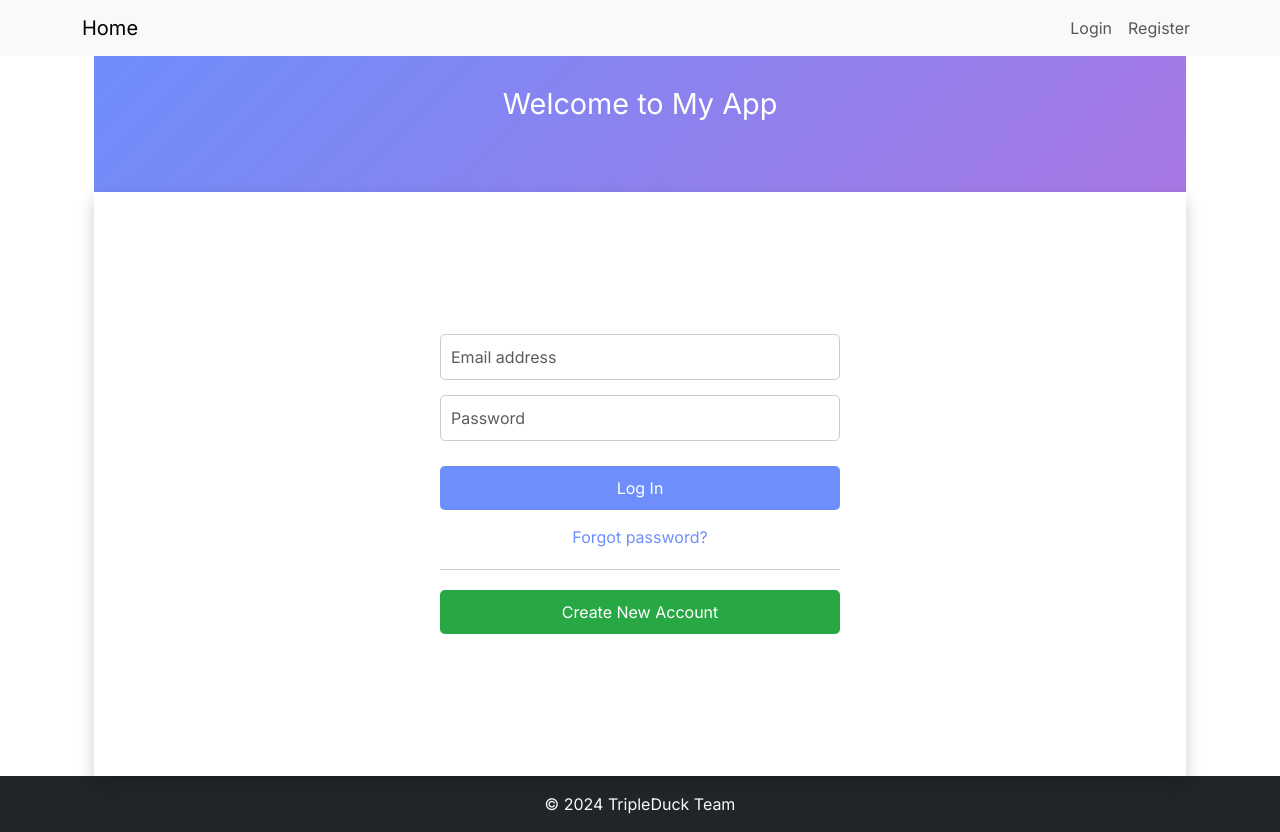
Repository: tdphong1293/KHDL01_DemoWebKafka
Page: /auth/login (app in Frontend_Client/)
These files come from the project's save history. The page is drawn as it stood at one moment and after a run of saves; the edit follows.
The browser window is 1280 px wide. The pictures show the whole page.
The project was rebuilt for these pictures with package versions that can differ from the ones it lists, and the page was loaded fresh each time. The framework's server and built-in components were replaced by stand-ins that run in the browser. Also part of the build but not shown: Frontend_Client/next.config.mjs.

Above is the page before, as saved 2024-07-21 20:45:34.

### Frontend_Client/src/app/layout.tsx
import type { Metadata } from "next";
import { Inter } from "next/font/google";
import 'bootstrap/dist/css/bootstrap.min.css';
// import "@/styles/globals.css";
import Header from "@/components/header";
import Footer from "@/components/footer";
import { Container } from "react-bootstrap";
import { ToastContainer } from 'react-toastify';
import 'react-toastify/dist/ReactToastify.css';

const inter = Inter({ subsets: ["latin"] });

export const metadata: Metadata = {
    title: "Create Next App",
    description: "Generated by create next app",
};

export default function RootLayout({
    children,
}: Readonly<{
    children: React.ReactNode;
}>) {
    return (
        <html lang="en">
            <body className={inter.className}>
                <Header />
                <Container>
                    {children}
                </Container>
                <Footer />
                <ToastContainer />
            </body>
        </html>
    );
}

### Frontend_Client/src/app/auth/login/page.tsx
// src/app/auth/login/page.tsx
'use client';

import { FC } from 'react';
import { Form, Button } from 'react-bootstrap';
import ClientLayout from '@/components/clientLayout';
import styles from '../../../styles/page.module.css';

const Login: FC = () => {
  const handleSubmit = (event: React.FormEvent<HTMLFormElement>) => {
    event.preventDefault();
    // Xử lý logic đăng nhập ở đây
  };

  return (
    <ClientLayout>
      <div className={styles.loginContainer}>
        <div className={styles.topPanel}>
          <p className={styles.description}>Welcome to My App</p>
        </div>
        <div className={styles.bottomPanel}>
          <Form onSubmit={handleSubmit} className={styles.loginForm}>
            <Form.Group controlId="formBasicEmail" className={styles.formGroup}>
              <Form.Control type="email" placeholder="Email address" required className={styles.input} />
            </Form.Group>

            <Form.Group controlId="formBasicPassword" className={styles.formGroup}>
              <Form.Control type="password" placeholder="Password" required className={styles.input} />
            </Form.Group>

            <Button variant="primary" type="submit" className={styles.loginButton}>
              Log In
            </Button>

            <div className={styles.forgotPassword}>
              <a href="#">Forgot password?</a>
            </div>

            <hr className={styles.separator} />

            <Button variant="success" className={styles.createAccountButton}>
              Create New Account
            </Button>
          </Form>
        </div>
      </div>
    </ClientLayout>
  );
};

export default Login;

### Frontend_Client/src/components/header.tsx
'use client'

import Container from 'react-bootstrap/Container';
import Nav from 'react-bootstrap/Nav';
import Navbar from 'react-bootstrap/Navbar';
import Link from "next/link";

function Header() {
    return (
        <Navbar expand="lg" className="bg-body-tertiary">
            <Container>
                <Navbar.Brand>
                    <Link href={"/"} className="navbar-brand">Home</Link>
                </Navbar.Brand>
                <Navbar.Toggle aria-controls="basic-navbar-nav" />
                <Navbar.Collapse id="basic-navbar-nav">
                    <Nav className="me-auto">
                        {/* Các liên kết khác nếu có */}
                    </Nav>
                    <Nav className="ms-auto"> {/* Đặt các liên kết ở góc phải */}
                        <Nav.Item>
                            <Link href={"/auth/login"} className="nav-link">Login</Link>
                        </Nav.Item>
                        <Nav.Item>
                            <Link href={"/auth/register"} className="nav-link">Register</Link>
                        </Nav.Item>
                    </Nav>
                </Navbar.Collapse>
            </Container>
        </Navbar>
    );
}

export default Header;

### Frontend_Client/src/components/footer.tsx
'use client'
export default function Footer() {
    return (
        <footer className="bg-dark text-light py-3" style={{ display: 'flex', alignItems: 'center', justifyContent: 'center' }}>
            &copy; 2024 TripleDuck Team
        </footer>
    );
};

### Frontend_Client/src/components/clientLayout.tsx
// src/components/ClientLayout.tsx
'use client';

import { Container } from 'react-bootstrap';
import Header from './header';
import Footer from './footer';
import { ReactNode } from 'react';

export default function ClientLayout({ children }: { children: ReactNode }) {
  return (
    <>
      <Container>
        {children}
      </Container>
    </>
  );
}

### Frontend_Client/src/styles/page.module.css
.main {
  display: flex;
  flex-direction: column;
  justify-content: space-between;
  align-items: center;
  padding: 6rem;
  min-height: 100vh;
}

.description {
  display: inherit;
  justify-content: inherit;
  align-items: inherit;
  font-size: 0.85rem;
  max-width: var(--max-width);
  width: 100%;
  z-index: 2;
  font-family: var(--font-mono);
}

.description a {
  display: flex;
  justify-content: center;
  align-items: center;
  gap: 0.5rem;
}

.description p {
  position: relative;
  margin: 0;
  padding: 1rem;
  background-color: rgba(var(--callout-rgb), 0.5);
  border: 1px solid rgba(var(--callout-border-rgb), 0.3);
  border-radius: var(--border-radius);
}

.code {
  font-weight: 700;
  font-family: var(--font-mono);
}

.grid {
  display: grid;
  grid-template-columns: repeat(4, minmax(25%, auto));
  max-width: 100%;
  width: var(--max-width);
}

.card {
  padding: 1rem 1.2rem;
  border-radius: var(--border-radius);
  background: rgba(var(--card-rgb), 0);
  border: 1px solid rgba(var(--card-border-rgb), 0);
  transition: background 200ms, border 200ms;
}

.card span {
  display: inline-block;
  transition: transform 200ms;
}

.card h2 {
  font-weight: 600;
  margin-bottom: 0.7rem;
}

.card p {
  margin: 0;
  opacity: 0.6;
  font-size: 0.9rem;
  line-height: 1.5;
  max-width: 30ch;
  text-wrap: balance;
}

.center {
  display: flex;
  justify-content: center;
  align-items: center;
  position: relative;
  padding: 4rem 0;
}

.center::before {
  background: var(--secondary-glow);
  border-radius: 50%;
  width: 480px;
  height: 360px;
  margin-left: -400px;
}

.center::after {
  background: var(--primary-glow);
  width: 240px;
  height: 180px;
  z-index: -1;
}

.center::before,
.center::after {
  content: "";
  left: 50%;
  position: absolute;
  filter: blur(45px);
  transform: translateZ(0);
}

.logo {
  position: relative;
}
/* Enable hover only on non-touch devices */
@media (hover: hover) and (pointer: fine) {
  .card:hover {
    background: rgba(var(--card-rgb), 0.1);
    border: 1px solid rgba(var(--card-border-rgb), 0.15);
  }

  .card:hover span {
    transform: translateX(4px);
  }
}

@media (prefers-reduced-motion) {
  .card:hover span {
    transform: none;
  }
}

/* Mobile */
@media (max-width: 700px) {
  .content {
    padding: 4rem;
  }

  .grid {
    grid-template-columns: 1fr;
    margin-bottom: 120px;
    max-width: 320px;
    text-align: center;
  }

  .card {
    padding: 1rem 2.5rem;
  }

  .card h2 {
    margin-bottom: 0.5rem;
  }

  .center {
    padding: 8rem 0 6rem;
  }

  .center::before {
    transform: none;
    height: 300px;
  }

  .description {
    font-size: 0.8rem;
  }

  .description a {
    padding: 1rem;
  }

  .description p,
  .description div {
    display: flex;
    justify-content: center;
    position: fixed;
    width: 100%;
  }

  .description p {
    align-items: center;
    inset: 0 0 auto;
    padding: 2rem 1rem 1.4rem;
    border-radius: 0;
    border: none;
    border-bottom: 1px solid rgba(var(--callout-border-rgb), 0.25);
    background: linear-gradient(
      to bottom,
      rgba(var(--background-start-rgb), 1),
      rgba(var(--callout-rgb), 0.5)
    );
    background-clip: padding-box;
    backdrop-filter: blur(24px);
  }

  .description div {
    align-items: flex-end;
    pointer-events: none;
    inset: auto 0 0;
    padding: 2rem;
    height: 200px;
    background: linear-gradient(
      to bottom,
      transparent 0%,
      rgb(var(--background-end-rgb)) 40%
    );
    z-index: 1;
  }
}

/* Tablet and Smaller Desktop */
@media (min-width: 701px) and (max-width: 1120px) {
  .grid {
    grid-template-columns: repeat(2, 50%);
  }
}

@media (prefers-color-scheme: dark) {
  .vercelLogo {
    filter: invert(1);
  }

  .logo {
    filter: invert(1) drop-shadow(0 0 0.3rem #ffffff70);
  }
}

@keyframes rotate {
  from {
    transform: rotate(360deg);
  }
  to {
    transform: rotate(0deg);
  }
}

/*Login*/
.loginContainer {
  display: flex;
  flex-direction: column;
  height: 100vh;
}

.topPanel {
  flex: 0.15;
  display: flex;
  align-items: center;
  justify-content: center;
  background: linear-gradient(135deg, #6e8efb, #a777e3);
  color: white;
  text-align: center;
  padding: 20px;
}

.bottomPanel {
  flex: 0.85;
  display: flex;
  align-items: center;
  justify-content: center;
  background: white;
  box-shadow: 0 8px 16px rgba(0, 0, 0, 0.2);
  padding: 20px;
}

.brand {
  font-size: 2.5rem;
  margin-bottom: 20px;
  animation: fadeInDown 1s ease-in-out;
}

.description {
  font-size: 1.8rem;
  margin-bottom: 40px;
}

.loginForm {
  width: 100%;
  max-width: 400px;
  animation: fadeInUp 1s ease-in-out;
}

.formGroup {
  margin-bottom: 15px;
}

.input {
  padding: 10px;
  border-radius: 5px;
  border: 1px solid #ccc;
  transition: border-color 0.3s ease;
}

.input:focus {
  border-color: #6e8efb;
  outline: none;
}

.loginButton {
  width: 100%;
  padding: 10px;
  margin-top: 10px;
  background-color: #6e8efb;
  border: none;
  border-radius: 5px;
  transition: background-color 0.3s ease;
}

.loginButton:hover {
  background-color: #a777e3;
}

.forgotPassword {
  text-align: center;
  margin-top: 15px;
}

.forgotPassword a {
  color: #6e8efb;
  text-decoration: none;
  transition: color 0.3s ease;
}

.forgotPassword a:hover {
  color: #a777e3;
}

.separator {
  margin: 20px 0;
}

.createAccountButton {
  width: 100%;
  padding: 10px;
  background-color: #28a745;
  border: none;
  border-radius: 5px;
  transition: background-color 0.3s ease;
}

.createAccountButton:hover {
  background-color: #218838;
}

@keyframes fadeInDown {
  0% {
    opacity: 0;
    transform: translateY(-20px);
  }
  100% {
    opacity: 1;
    transform: translateY(0);
  }
}

@keyframes fadeInUp {
  0% {
    opacity: 0;
    transform: translateY(20px);
  }
  100% {
    opacity: 1;
    transform: translateY(0);
  }
}

After the next 3 saves:
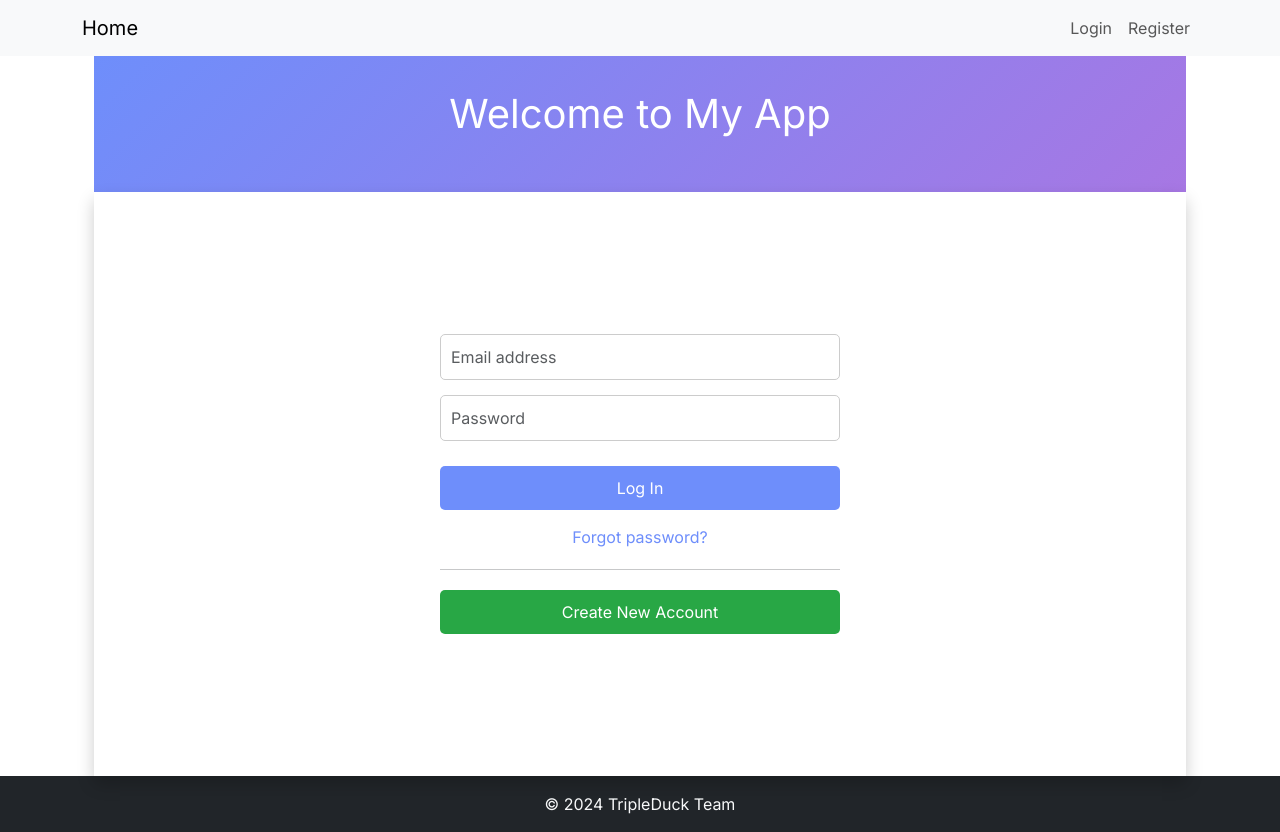
The 3 saves are shown as one change because they came seconds apart.
The last was saved 63 s later.
--- a/Frontend_Client/src/app/auth/login/page.tsx
+++ b/Frontend_Client/src/app/auth/login/page.tsx
@@ -16,7 +16,7 @@
     <ClientLayout>
       <div className={styles.loginContainer}>
         <div className={styles.topPanel}>
-          <p className={styles.description}>Welcome to My App</p>
+          <p className={styles.description, styles.brand}>Welcome to My App</p>
         </div>
         <div className={styles.bottomPanel}>
           <Form onSubmit={handleSubmit} className={styles.loginForm}>

After the save that followed:
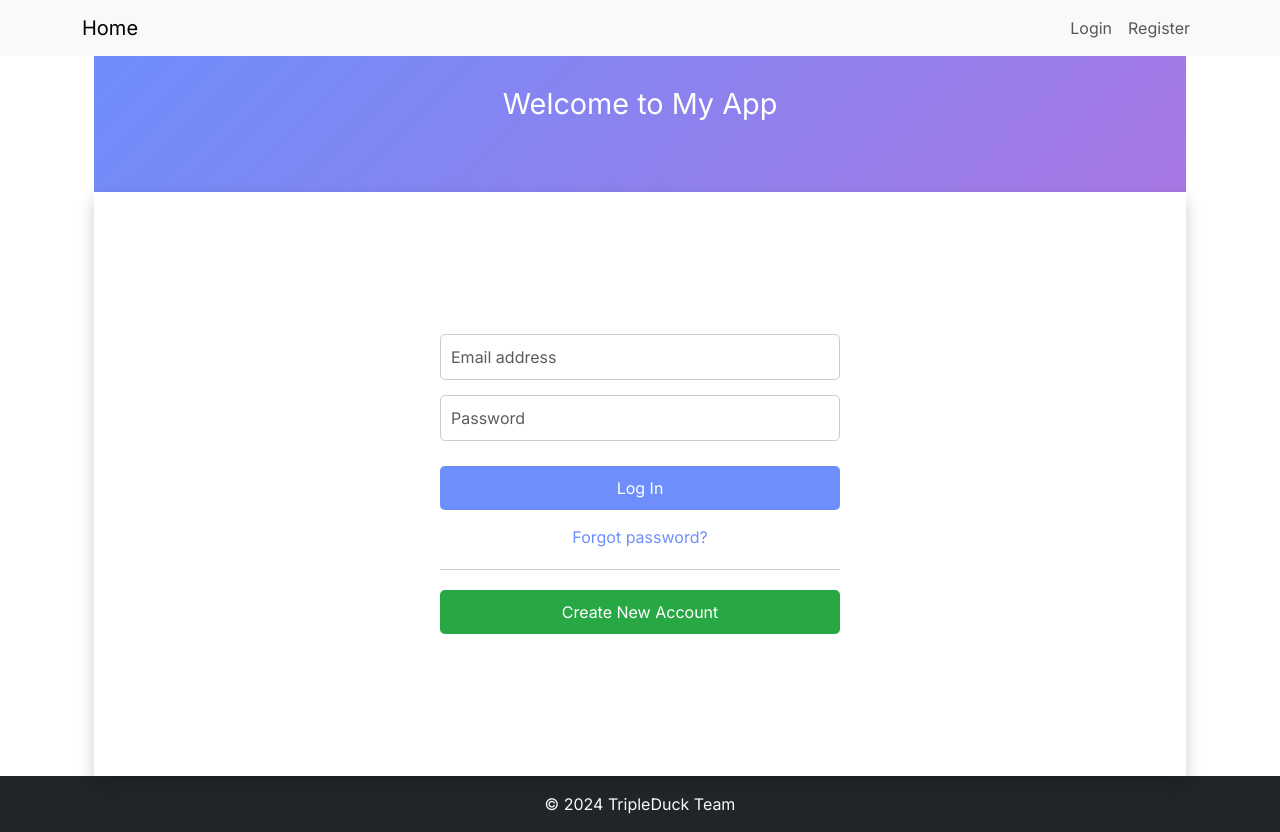
Saved 12 s later.
--- a/Frontend_Client/src/app/auth/login/page.tsx
+++ b/Frontend_Client/src/app/auth/login/page.tsx
@@ -16,7 +16,7 @@
     <ClientLayout>
       <div className={styles.loginContainer}>
         <div className={styles.topPanel}>
-          <p className={styles.description, styles.brand}>Welcome to My App</p>
+          <p className={styles.description}>Welcome to My App</p>
         </div>
         <div className={styles.bottomPanel}>
           <Form onSubmit={handleSubmit} className={styles.loginForm}>
